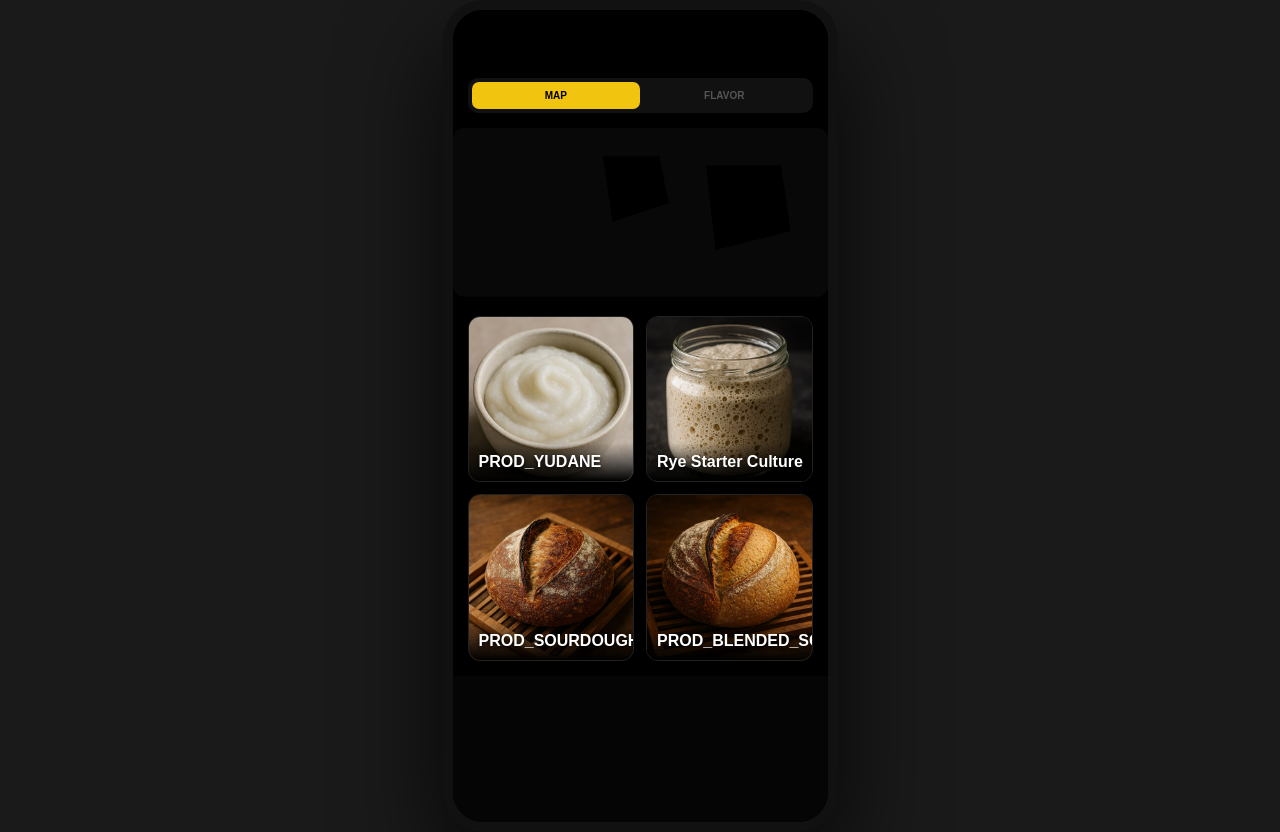
Repository: dkg11hu/baking-core
Page: index.html
The author's editor kept a copy of each file at every save. The page is drawn from the files as they stood at one save, then again after the next save.
The browser window is 1280 px wide. The pictures show the whole page.

Above is the page before, as saved 2026-01-03 14:44:10.

After the next save:
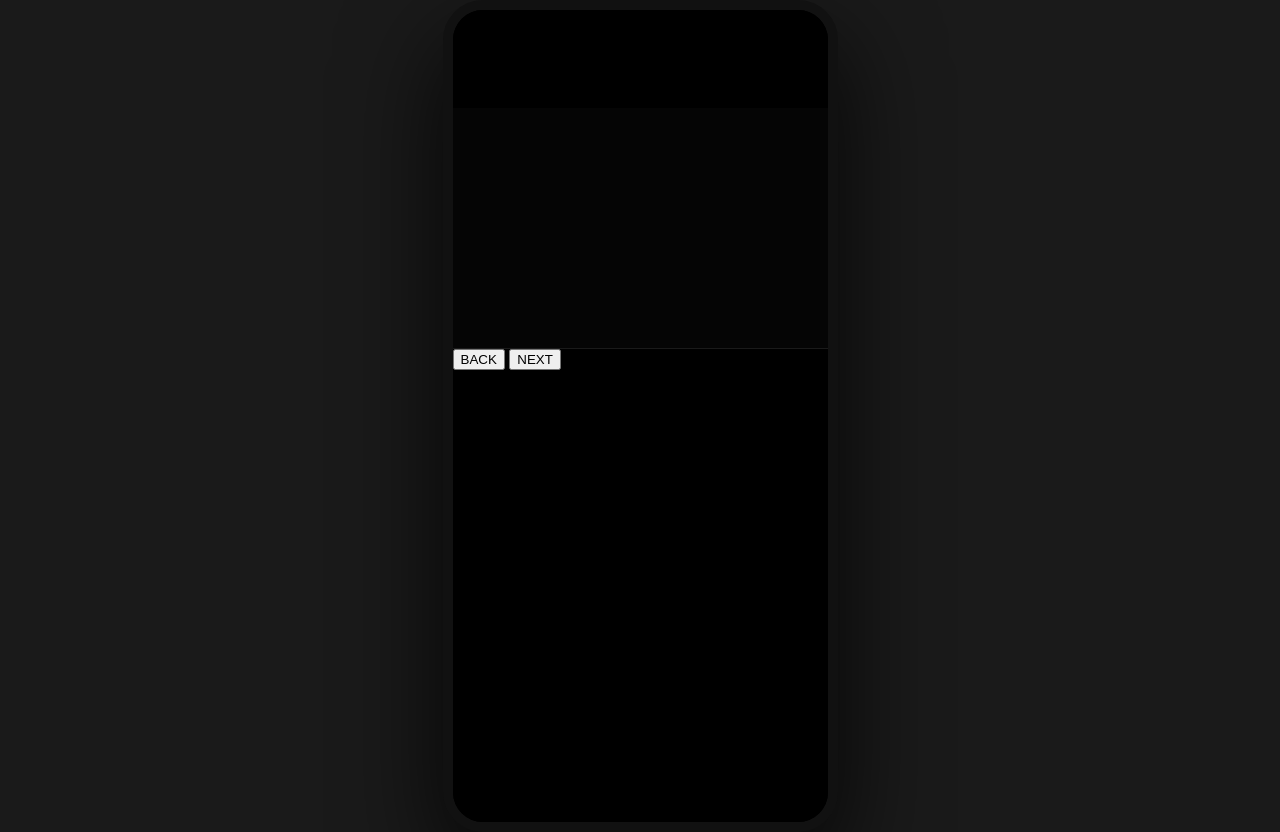
Console error: SyntaxError: Unexpected end of input
Saved 25 s later.
--- a/src/UI/Driver.mjs
+++ b/src/UI/Driver.mjs
@@ -21,57 +21,41 @@ export const Driver = {
         this.render(locale);
     },
 
-    render(locale) {
-        const step = this.steps[this.currentIndex];
-        const screen = document.querySelector('.screen-content');
+render(locale) {
+    const step = this.steps[this.currentIndex];
+    const screen = document.querySelector('.screen-content');
 
-        // Logic-Blind: Source path strictly from database
-        const videoSrc = step.video || '';
-        const stepName = locale[step.id] || step.id;
+    const videoSrc = step.video || '';
+    // FIX: Fallback to step.id only if locale[step.id] is missing
+    const stepTitle = locale[step.id] || step.id.replace('step_', '').toUpperCase();
 
-        screen.innerHTML = `
-            <div class="media-container">
-                <video
-                    src="${videoSrc}"
-                    autoplay loop muted playsinline
-                    class="step-video"
-                    onerror="this.style.display='none'; this.nextElementSibling.style.display='flex';">
-                </video>
-
-                <div class="media-fallback" style="display:none;">
-                    <div class="visualizer-icon">
-                        <div class="pulse-ring"></div>
-                        <div class="inner-dot"></div>
-                    </div>
+    screen.innerHTML = `
+        <div class="media-container">
+            <video src="${videoSrc}" autoplay loop muted playsinline
+                   onerror="this.style.display='none'; this.nextElementSibling.style.display='flex';">
+            </video>
+            <div class="media-fallback" style="display:none;">
+                <div class="visualizer-icon"><div class="pulse-ring"></div><div class="inner-dot"></div></div>
+                <div class="fallback-text-group">
                     <span class="tech-id">${step.id}</span>
-                    <span class="status-msg">ASSET_PENDING</span>
+                    <span class="status-msg">ASSET PENDING</span>
                 </div>
             </div>
+        </div>
 
-            <div class="instruction-stage">
-                <div class="step-meta">STEP ${this.currentIndex + 1} OF ${this.steps.length}</div>
-                <h2>${stepName}</h2>
-                <div class="tool-tray">
-                    ${(step.tools || []).map(t => `<span class="tool-pill">${locale[t] || t}</span>`).join('')}
-                </div>
+        <div class="instruction-stage">
+            <div class="step-meta">STEP ${this.currentIndex + 1} OF ${this.steps.length}</div>
+            <h2 class="step-title">${stepTitle}</h2>
+            <div class="tool-tray">
+                ${(step.tools || []).map(t => `<span class="tool-pill">${locale[t] || t}</span>`).join('')}
             </div>
+        </div>
 
-            <div class="stepper-controls">
-                <button class="nav-btn" onclick="window.changeStep(-1)">BACK</button>
-                <button class="nav-btn primary" onclick="window.changeStep(1)">
-                    ${this.currentIndex === this.steps.length - 1 ? 'FINISH' : 'NEXT'}
-                </button>
-            </div>
-        `;
-    },
-
-    move(delta, locale) {
-        const next = this.currentIndex + delta;
-        if (next >= 0 && next < this.steps.length) {
-            this.currentIndex = next;
-            this.render(locale);
-        } else if (next >= this.steps.length) {
-            location.reload();
-        }
-    }
-};
+        <div class="stepper-controls">
+            <button class="nav-btn secondary" onclick="window.changeStep(-1)">BACK</button>
+            <button class="nav-btn primary" onclick="window.changeStep(1)">
+                ${this.currentIndex === this.steps.length - 1 ? 'FINISH' : 'NEXT'}
+            </button>
+        </div>
+    `;
+}
